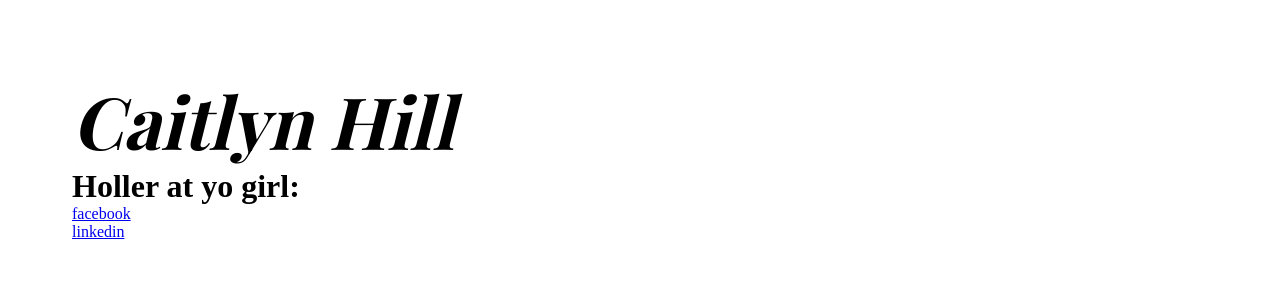
Repository: hillgang/hillgang.github.io
Page: index.html
These files come from the project's save history. The page is drawn as it stood at one moment and after the next save; the edit follows.
The browser window is 1280 px wide. The pictures show the whole page.
Some web fonts or font styles are not loaded; a fallback is used.

Above is the page before, as saved 2019-07-31 23:24:54.

### index.html
<!DOCTYPE html>
<html lang="en">
<head>
    <meta charset="UTF-8">
    <meta name="viewport" content="width=device-width, initial-scale=1.0">
    <meta http-equiv="X-UA-Compatible" content="ie=edge">
    <title>Caitlyn Hill Website</title>
    <link href="https://fonts.googleapis.com/css?family=Alice|Playfair+Display:400,400i,700,700i&display=swap" rel="stylesheet">
    <style>
        * {
            margin: 0;
            padding: 0;
        }
        article {
            padding: 72px;
        }
        h1 {
            font-family: 'Playfair Display', serif;
            font-weight: 700;

        }
        h1 {
            font-size: 72px;
            font-style: italic;
        }
        h2  {
            font-family: 'Alice', serif;
            font-size: 32px;
        }
        p, a, li {
            font-family: 'Alice', serif;
            list-style: none;
        }
    </style>
</head>
<body>
    <article>
    <h1>Caitlyn Hill</h1>
    <h2>Holler at yo girl:</h2>

    <ul>
        <li><a href="https://www.facebook.com/caitlyn.hill.39">facebook</a></li>
        <li><a href="https://www.linkedin.com/in/caitlyn-hill-b12409190/">linkedin</a></li>
    </ul>
    </article>
</body>
</html>

After the next save:
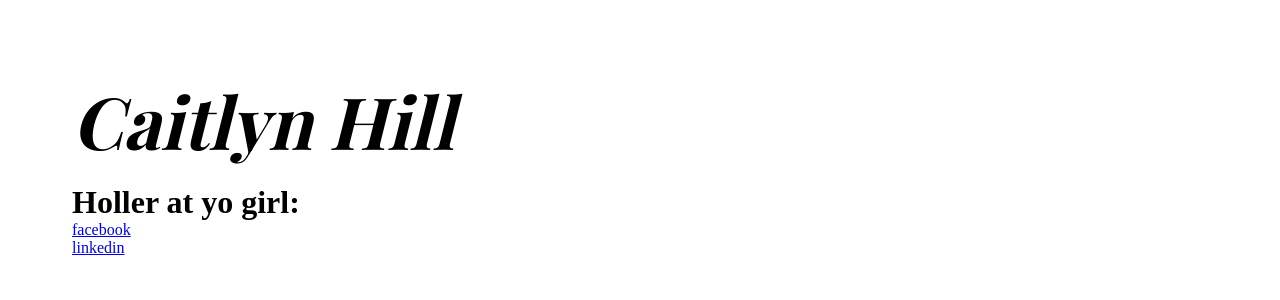
Saved 13 s later.
--- a/index.html
+++ b/index.html
@@ -26,6 +26,7 @@
         h2  {
             font-family: 'Alice', serif;
             font-size: 32px;
+            margin: 16px 0 0 0;
         }
         p, a, li {
             font-family: 'Alice', serif;
